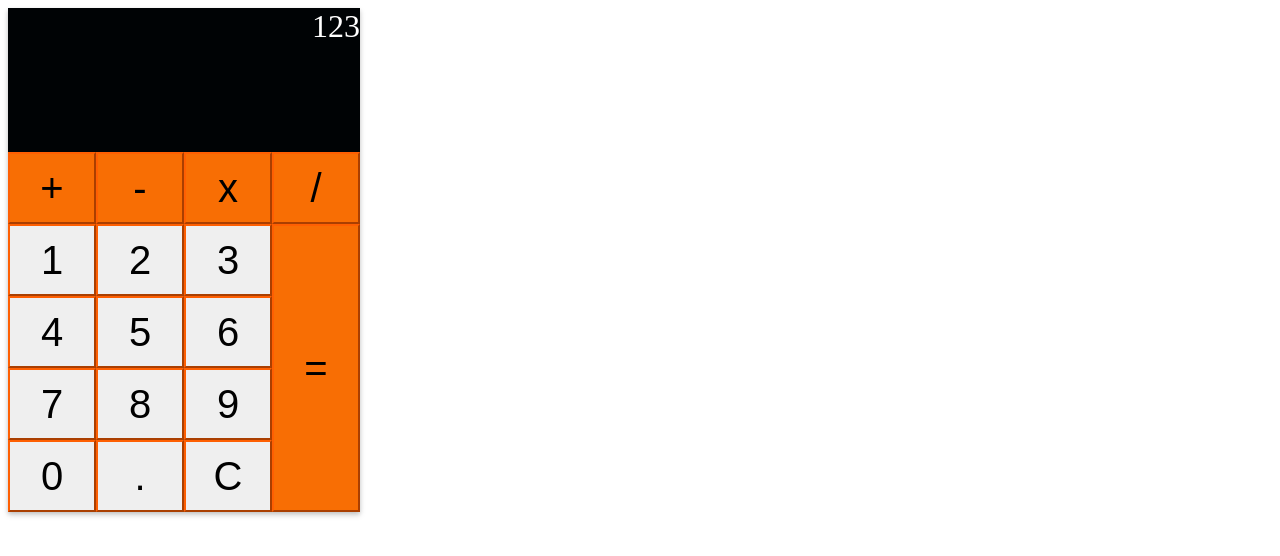
Repository: TEazy2433/LAB-calculator
Page: index.html
The author's editor kept a copy of each file at every save. The page is drawn from the files as they stood at one save, then again after the next save.
The browser window is 1280 px wide. The pictures show the whole page.

Above is the page before, as saved 2023-10-14 10:31:01.

### index.html
<!DOCTYPE html>
<html lang="en">
<head>
  <meta charset="UTF-8">
  <meta name="viewport" content="width=device-width, initial-scale=1.0">
  <title>calculator</title>
  <link rel="stylesheet" href="main.css">


</head>
<body>
  <div class="calculator">
    <div class="display">123</div>
    <div class="calculator_keys">
      <button class="calculator_key key--operator">+</button>
      <button class="calculator_key key--operator">-</button>
      <button class="calculator_key key--operator">x</button>
      <button class="calculator_key key--operator">/</button>
      <button class="calculator_key">1</button>
      <button class="calculator_key">2</button>
      <button class="calculator_key">3</button>
      <button class="calculator_key">4</button>
      <button class="calculator_key">5</button>
      <button class="calculator_key">6</button>
      <button class="calculator_key">7</button>
      <button class="calculator_key">8</button>
      <button class="calculator_key">9</button>
      <button class="calculator_key">0</button>
      <button class="calculator_key">.</button>
      <button class="calculator_key">C</button>
      <button class="calculator_key key--enter">=</button>
    </div>
  </div>

</body>
</html>

### main.css
.calculator{
  overflow: hidden;
  max-inline-size: 22rem;
  box-shadow: 0px 3px 6px 0px rgba(0, 0, 0, 0.15), 0px 2px 4px 0px rgba(0, 0, 0, 0.12);
  width: 800px;
  display: flex;
  flex-wrap: wrap;
  border-color: black ;
}
.display{
  font-size: 2rem;
  text-align: end;
  background: hsl(210, 100%, 1%);
  color: hsl(255, 100%, 100%);
  width: 100%;
  height: 20vh;
  border-color: black;
}

.calculator_keys{
  display: grid;
  grid-template-columns: repeat(4,1fr);
  width: 500vh;
  height: 50vh;
  border-color: black;
}
.calculator_key{
  font-size: 40px;
  border-color: rgb(254, 95, 2);

}
.key--operator{
  background: rgb(248, 110, 4);
}
.key--enter{
  grid-column: 4 / 5;
  grid-row: 2/ span 4;
  background: rgb(248, 110, 4);
}

After the next save:
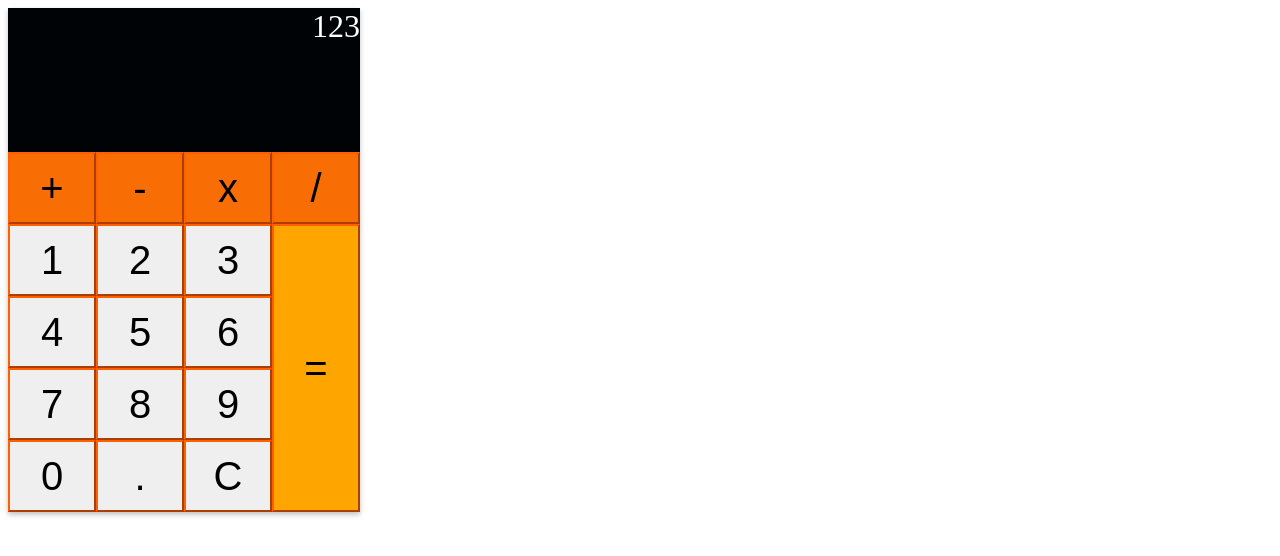
Saved 46 s later.
--- a/main.css
+++ b/main.css
@@ -35,5 +35,5 @@
 .key--enter{
   grid-column: 4 / 5;
   grid-row: 2/ span 4;
-  background: rgb(248, 110, 4);
+  background-color: orange;
 }
